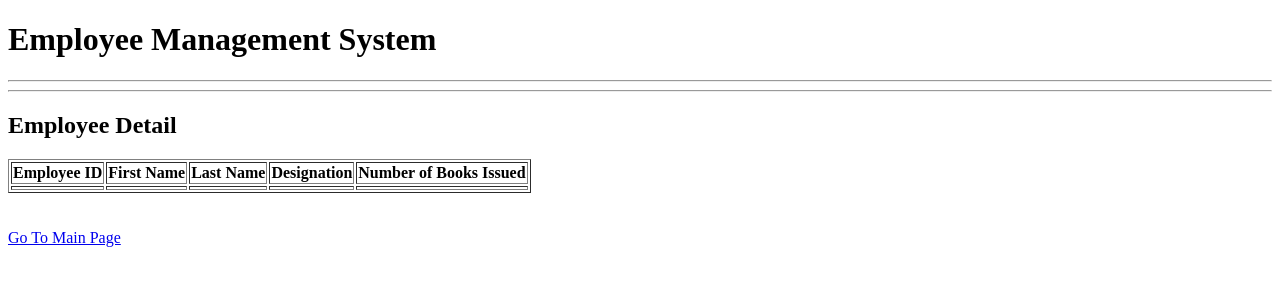
Repository: Sanketh-Binary/Library-Management-System-Spring
Page: http://localhost/ShowBook
The author's editor kept a copy of each file at every save. The page is drawn from the files as they stood at one save, then again after the next save.
The browser window is 1280 px wide. The pictures show the whole page.
The page is this project's Thymeleaf template; nobody is signed in. The template is opened directly, without the code that normally fills it, so the values that code supplies are empty.

Above is the page before, as saved 2022-08-15 18:44:05.

After the next save:
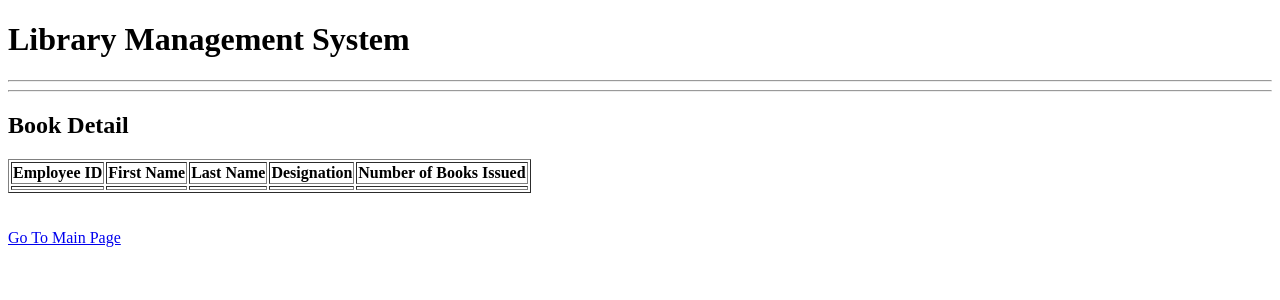
Saved 44 s later.
--- a/lms-spring-group-project/src/main/resources/templates/ShowBook.html
+++ b/lms-spring-group-project/src/main/resources/templates/ShowBook.html
@@ -5,11 +5,11 @@
     <title>Insert title here</title>
 </head>
 <body>
-<h1>Employee Management System</h1>
+<h1>Library Management System</h1>
 <hr>
 
 <hr>
-<h2>Employee Detail</h2>
+<h2>Book Detail</h2>
 <table border="1">
     <tr>
         <th>Employee ID</th>
